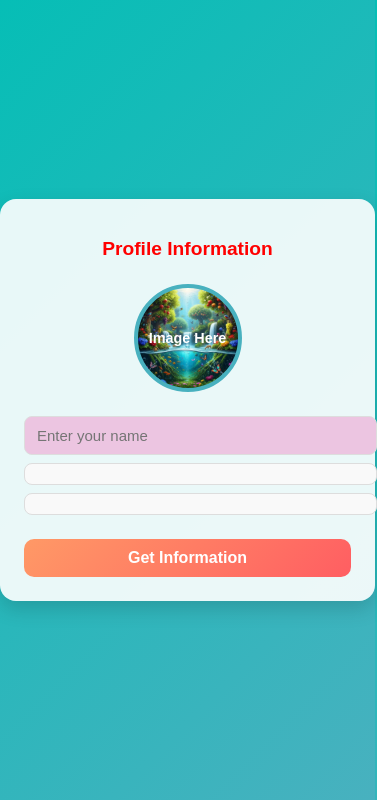
Repository: Amani-Kibet/express-app-web
Page: pages/contents/profile.html
The author's editor kept a copy of each file at every save. The page is drawn from the files as they stood at one save, then again after the next save.
The browser window is 375 px wide. The page is 377 px wide, then 382 px, so the pictures cover 382 px, including what lies to the right of the window. The pictures show the whole page.

Above is the page before, as saved 2025-09-28 16:58:58.

### pages/contents/profile.html
<!DOCTYPE html>
<head>
    <title>Profile Page</title>
    <style>
        body {
            margin: 0;
            padding: 0;
            font-family: "Poppins", sans-serif;
            background: linear-gradient(135deg, #06beb6, #48b1bf);
            display: flex;
            justify-content: center;
            align-items: center;
            min-height: 100vh;
        }

        /* Container */
        #container {
            background: rgba(255, 255, 255, 0.9);
            padding: 2rem;
            border-radius: 16px;
            box-shadow: 0 8px 20px rgba(0, 0, 0, 0.15);
            text-align: center;
            width: 90%;
            max-width: 400px;
            transition: all 0.3s ease-in-out;
        }

        /* Heading */
        #container h2 {
            margin-bottom: 1.5rem;
            color: red;
            font-size: 1.5rem;
        }

        /* Profile Image */
        #image {
            background: url(/pictures/profilePic.jpg) center/cover no-repeat;
            width: 120px;
            height: 120px;
            margin: 0 auto 1.5rem auto;
            border-radius: 50%;
            border: 4px solid #48b1bf;
            display: flex;
            justify-content: center;
            align-items: center;
            color: white;
            font-size: 0.9rem;
            font-weight: bold;
        }

        /* Input */
        .labels {
            display: block;
            width: 100%;
            padding: 10px 12px;
            margin: 0.5rem 0;
            border: 1px solid #ddd;
            border-radius: 8px;
            font-size: 1rem;
            outline: none;
            background: #f9f9f9;
            transition: border 0.2s ease-in-out, background 0.2s ease-in-out;
        }

        .labels:focus {
            border-color: #48b1bf;
            background: #fff;
        }

        /* Button */
        #btn1 {
            background: linear-gradient(135deg, #ff9966, #ff5e62);
            color: white;
            font-size: 1rem;
            font-weight: bold;
            padding: 10px 18px;
            border: none;
            border-radius: 10px;
            margin-top: 1rem;
            cursor: pointer;
            transition: transform 0.2s ease-in-out, box-shadow 0.2s ease-in-out;
        }

        #btn1:hover {
            transform: translateY(-2px);
            box-shadow: 0 5px 12px rgba(255, 94, 98, 0.4);
        }

        /* Responsive tweaks */
        @media (max-width: 480px) {
            #container {
                padding: 1.5rem;
            }

            #container h2 {
                font-size: 1.2rem;
            }

            #image {
                width: 100px;
                height: 100px;
            }

            #btn1 {
                width: 100%;
            }
        }

    </style>
</head>
<body>
    <div id="container">
        <h2>Profile Information</h2>
        <div id="image">Image Here</div>
        <input type="text" id="nameT" class="labels" placeholder="Enter your name" style="font-size: 15px; background: #ecc5e1; color: rgb(0, 38, 255)">
        <p id="phoneT" class="labels"></p>
        <p id="passT" class="labels"></p>
        <button id="btn1" onclick="getInfo()">Get Information</button>
    </div>
</body>
<script>
let phoneV= document.getElementById("phoneV");
let passV= document.getElementById("passV");

function getInfo(){
let nameT= document.getElementById("nameT").value;
fetch("/path3", {
    method: "POST",
    headers: {"Content-Type": "application/json"},
    body: JSON.stringify({name: `${nameT}`})
})
.then(type=> type.json())
.then(data=>{
    let info= data.arr[0]
    phoneT.innerHTML="Phone Number: ";
    passT.innerHTML="Password: ";
    phoneT.innerHTML+= `  ${info.phone}`;
    passT.innerHTML+= `  ${info.password}`;
})
}
</script>
</html>

After the next save:
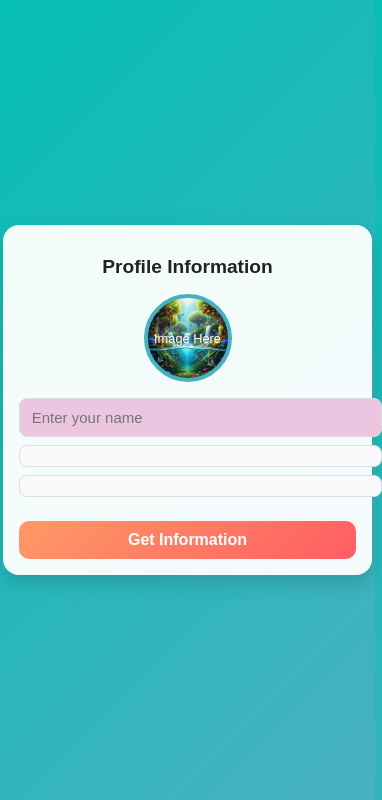
Saved 65 s later.
--- a/pages/contents/profile.html
+++ b/pages/contents/profile.html
@@ -15,37 +15,38 @@
 
         /* Container */
         #container {
-            background: rgba(255, 255, 255, 0.9);
-            padding: 2rem;
+            background: rgba(255, 255, 255, 0.95);
+            padding: 1.5rem;
             border-radius: 16px;
             box-shadow: 0 8px 20px rgba(0, 0, 0, 0.15);
             text-align: center;
+
+            /* responsive sizing */
             width: 90%;
-            max-width: 400px;
-            transition: all 0.3s ease-in-out;
+            max-width: 400px;   /* fits nicely on phones & tablets */
+            height: auto;       /* no fixed height */
         }
 
         /* Heading */
         #container h2 {
-            margin-bottom: 1.5rem;
-            color: red;
-            font-size: 1.5rem;
+            margin-bottom: 1rem;
+            color: #222;
+            font-size: 1.4rem;
         }
 
         /* Profile Image */
         #image {
             background: url(/pictures/profilePic.jpg) center/cover no-repeat;
-            width: 120px;
-            height: 120px;
-            margin: 0 auto 1.5rem auto;
+            width: 100px;
+            height: 100px;
+            margin: 0 auto 1rem auto;
             border-radius: 50%;
             border: 4px solid #48b1bf;
             display: flex;
             justify-content: center;
             align-items: center;
             color: white;
-            font-size: 0.9rem;
-            font-weight: bold;
+            font-size: 0.8rem;
         }
 
         /* Input */
@@ -59,7 +60,6 @@
             font-size: 1rem;
             outline: none;
             background: #f9f9f9;
-            transition: border 0.2s ease-in-out, background 0.2s ease-in-out;
         }
 
         .labels:focus {
@@ -78,31 +78,20 @@
             border-radius: 10px;
             margin-top: 1rem;
             cursor: pointer;
-            transition: transform 0.2s ease-in-out, box-shadow 0.2s ease-in-out;
+            width: 100%;   /* button fits phone screens */
         }
 
-        #btn1:hover {
-            transform: translateY(-2px);
-            box-shadow: 0 5px 12px rgba(255, 94, 98, 0.4);
-        }
-
-        /* Responsive tweaks */
+        /* Small screens */
         @media (max-width: 480px) {
             #container {
-                padding: 1.5rem;
+                padding: 1rem;
             }
-
             #container h2 {
                 font-size: 1.2rem;
             }
-
             #image {
-                width: 100px;
-                height: 100px;
-            }
-
-            #btn1 {
-                width: 100%;
+                width: 80px;
+                height: 80px;
             }
         }
 
